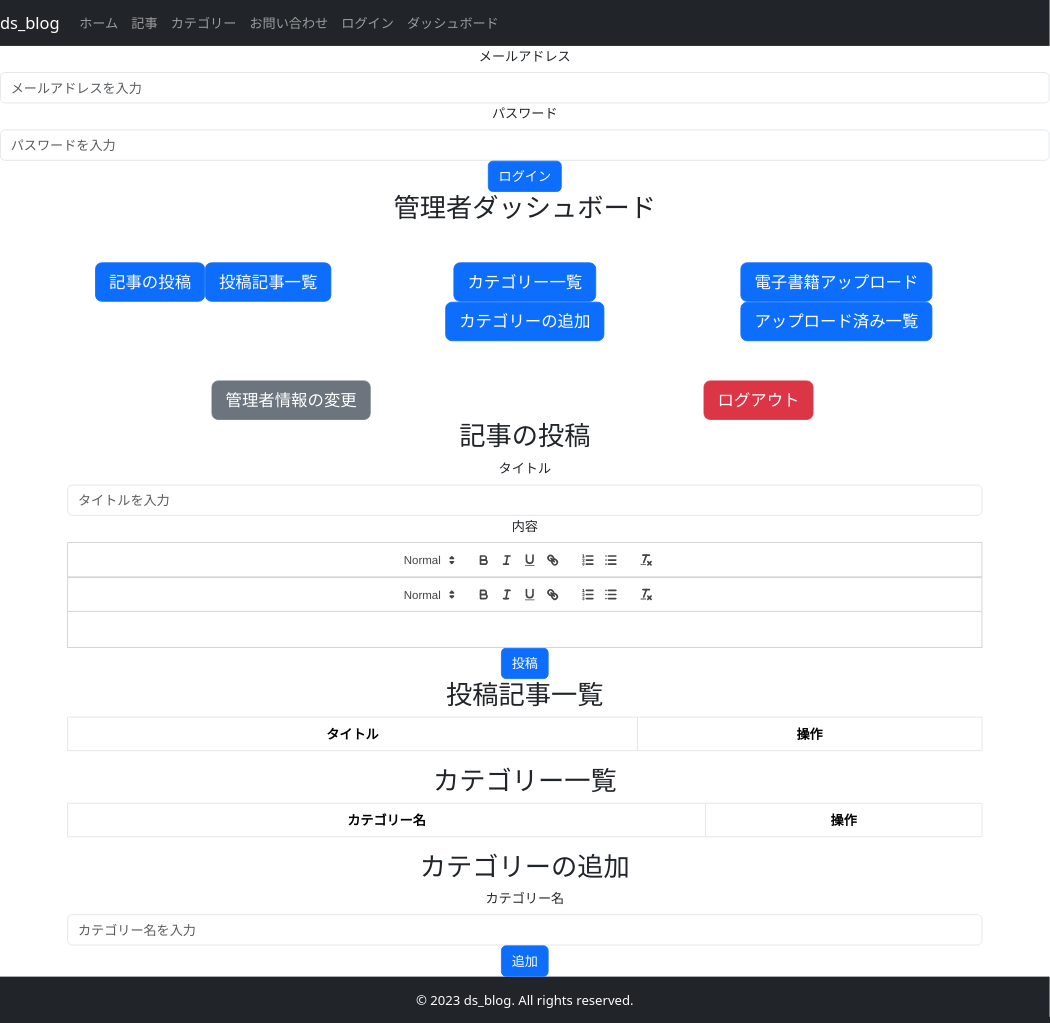
Repository: a-yama100/ds_blog
Page: /categories (app in frontend/)
An editor plug-in stored every save of this project. The page is shown before and after the next save, followed by the edit.
The browser window is 1280 px wide. The pictures show the whole page, at 82% of full size.
The page's requests for data from a server got no answer. The project was rebuilt for these pictures with package versions that can differ from the ones it lists, and the page was loaded fresh each time. No one was signed in, and anything a server would have sent is missing.

Above is the page before, as saved 2023-10-03 06:40:08.

### frontend/src/index.js
// E:\programming\Project\ds_blog\frontend\src\index.js

import React from 'react';
import ReactDOM from 'react-dom/client';
import './index.css';
import App from './App';
import reportWebVitals from './reportWebVitals';
import 'bootstrap/dist/css/bootstrap.min.css';

const root = ReactDOM.createRoot(document.getElementById('root'));
root.render(
  <React.StrictMode>
    <App />
  </React.StrictMode>
);

reportWebVitals();

### frontend/src/App.js
// E:\programming\Project\ds_blog\frontend\src\App.js

import './App.css';
import React from 'react';
import Header from './components/Header';
import Footer from './components/Footer';
import Login from './components/Login';
import Dashboard from './components/Dashboard';
import ArticleCreate from './components/ArticleCreate';
import ArticleList from './components/ArticleList';
import CategoryList from './components/CategoryList';
import AddCategory from './components/AddCategory';

function App() {
  return (
    <div className="App">
      <Header />
      <Login />
      <Dashboard />
      <ArticleCreate />
      <ArticleList />
      <CategoryList />
      <AddCategory />
      <Footer />
    </div>
  );
}

export default App;

### frontend/src/components/Header.js
// E:\programming\Project\ds_blog\frontend\src\components\Header.js

import React from 'react';
import { Navbar, Nav } from 'react-bootstrap';

const Header = () => {
    return (
        <Navbar bg="dark" variant="dark" expand="lg">
            <Navbar.Brand href="/">ds_blog</Navbar.Brand>
            <Navbar.Toggle aria-controls="basic-navbar-nav" />
            <Navbar.Collapse id="basic-navbar-nav">
                <Nav className="mr-auto">
                    <Nav.Link href="/">ホーム</Nav.Link>
                    <Nav.Link href="/articles">記事</Nav.Link>
                    <Nav.Link href="/categories">カテゴリー</Nav.Link>
                    <Nav.Link href="/contact">お問い合わせ</Nav.Link>
                </Nav>
                <Nav className="ml-auto">
                    <Nav.Link href="/login">ログイン</Nav.Link>
                    <Nav.Link href="/dashboard">ダッシュボード</Nav.Link>
                </Nav>
            </Navbar.Collapse>
        </Navbar>
    );
}

export default Header;

### frontend/src/components/Footer.js
// E:\programming\Project\ds_blog\frontend\src\components\Footer.js

import React from 'react';

const Footer = () => {
    return (
        <footer className="text-center py-3 bg-dark text-white">
            &copy; 2023 ds_blog. All rights reserved.
        </footer>
    );
}

export default Footer;

### frontend/src/components/Login.js
// E:\programming\Project\ds_blog\frontend\src\components\Login.js

import React, { useState } from 'react';
import { Form, Button } from 'react-bootstrap';

const Login = () => {
    const [email, setEmail] = useState('');
    const [password, setPassword] = useState('');

    const handleSubmit = async (e) => {
        e.preventDefault();
        try {
            const response = await fetch('/users/login', {
                method: 'POST',
                headers: {
                    'Content-Type': 'application/json'
                },
                body: JSON.stringify({ email, password })
            });
            const data = await response.json();

            if (response.status === 200) {
                console.log("ログイン成功:", data);
                // ここでセッションやトークンを保存する処理を追加
            } else {
                console.error("ログイン失敗:", data.error);
            }
        } catch (error) {
            console.error("エラー:", error);
        }
    }

    return (
        <div className="login-form">
            <Form onSubmit={handleSubmit}>
                <Form.Group controlId="formBasicEmail">
                    <Form.Label>メールアドレス</Form.Label>
                    <Form.Control type="email" placeholder="メールアドレスを入力" value={email} onChange={e => setEmail(e.target.value)} />
                </Form.Group>

                <Form.Group controlId="formBasicPassword">
                    <Form.Label>パスワード</Form.Label>
                    <Form.Control type="password" placeholder="パスワードを入力" value={password} onChange={e => setPassword(e.target.value)} />
                </Form.Group>

                <Button variant="primary" type="submit">
                    ログイン
                </Button>
            </Form>
        </div>
    );
}

export default Login;

### frontend/src/components/Dashboard.js
// E:\programming\Project\ds_blog\frontend\src\components\Dashboard.js

import React from 'react';
import { Button, Container, Row, Col } from 'react-bootstrap';

const Dashboard = () => {
    return (
        <Container>
            <h2>管理者ダッシュボード</h2>
            <Row className="mt-5">
                <Col md={4}>
                    <Button href="/create-article" variant="primary" size="lg" block>記事の投稿</Button>
                    <Button href="/articles" variant="primary" size="lg" block>投稿記事一覧</Button>
                </Col>
                <Col md={4}>
                    <Button href="/categories" variant="primary" size="lg" block>カテゴリー一覧</Button>
                    <Button href="/add-category" variant="primary" size="lg" block>カテゴリーの追加</Button>
                </Col>
                <Col md={4}>
                    <Button href="/upload-ebook" variant="primary" size="lg" block>電子書籍アップロード</Button>
                    <Button href="/ebooks" variant="primary" size="lg" block>アップロード済み一覧</Button>
                </Col>
            </Row>
            <Row className="mt-5">
                <Col md={6}>
                    <Button href="/edit-profile" variant="secondary" size="lg" block>管理者情報の変更</Button>
                </Col>
                <Col md={6}>
                    <Button href="/logout" variant="danger" size="lg" block>ログアウト</Button>
                </Col>
            </Row>
        </Container>
    );
}

export default Dashboard;

### frontend/src/components/ArticleCreate.js
// E:\programming\Project\ds_blog\frontend\src\components\ArticleCreate.js

import React, { useState } from 'react';
import RichTextEditor from './RichTextEditor';
import { Button, Form, Container } from 'react-bootstrap';

const ArticleCreate = () => {
    const [title, setTitle] = useState('');
    const [content, setContent] = useState('');

    const handleSubmit = async (e) => {
        e.preventDefault();
        try {
            const response = await fetch('/articles', {
                method: 'POST',
                headers: {
                    'Content-Type': 'application/json'
                },
                body: JSON.stringify({ title, content })
            });
            const data = await response.json();

            if (response.status === 200) {
                console.log("記事投稿成功:", data);
            } else {
                console.error("記事投稿失敗:", data.error);
            }
        } catch (error) {
            console.error("エラー:", error);
        }
    }

    return (
        <Container>
            <h2>記事の投稿</h2>
            <Form onSubmit={handleSubmit}>
                <Form.Group controlId="title">
                    <Form.Label>タイトル</Form.Label>
                    <Form.Control type="text" placeholder="タイトルを入力" value={title} onChange={e => setTitle(e.target.value)} />
                </Form.Group>

                <Form.Group controlId="content">
                    <Form.Label>内容</Form.Label>
                    <RichTextEditor content={content} setContent={setContent} />
                </Form.Group>

                <Button variant="primary" type="submit">
                    投稿
                </Button>
            </Form>
        </Container>
    );
}

export default ArticleCreate;

### frontend/src/components/ArticleList.js
// E:\programming\Project\ds_blog\frontend\src\components\ArticleList.js

import React, { useState, useEffect } from 'react';
import { Table, Container } from 'react-bootstrap';

const ArticleList = () => {
    const [articles, setArticles] = useState([]);

    useEffect(() => {
        const fetchArticles = async () => {
            try {
                const response = await fetch('/articles');
                const data = await response.json();
                setArticles(data);
            } catch (error) {
                console.error("エラー:", error);
            }
        }
        fetchArticles();
    }, []);

    return (
        <Container>
            <h2>投稿記事一覧</h2>
            <Table striped bordered hover>
                <thead>
                    <tr>
                        <th>タイトル</th>
                        <th>操作</th>
                    </tr>
                </thead>
                <tbody>
                    {articles.map(article => (
                        <tr key={article.id}>
                            <td>{article.title}</td>
                            <td>
                                <a href={`/articles/${article.id}/edit`}>編集</a> |
                                <a href={`/articles/${article.id}/delete`}>削除</a>
                            </td>
                        </tr>
                    ))}
                </tbody>
            </Table>
        </Container>
    );
}

export default ArticleList;

### frontend/src/components/CategoryList.js
// E:\programming\Project\ds_blog\frontend\src\components\CategoryList.js

import React, { useState, useEffect } from 'react';
import { Table, Container } from 'react-bootstrap';

const CategoryList = () => {
    const [categories, setCategories] = useState([]);

    useEffect(() => {
        const fetchCategories = async () => {
            try {
                const response = await fetch('/categories');
                const data = await response.json();
                setCategories(data);
            } catch (error) {
                console.error("エラー:", error);
            }
        }
        fetchCategories();
    }, []);

    return (
        <Container>
            <h2>カテゴリー一覧</h2>
            <Table striped bordered hover>
                <thead>
                    <tr>
                        <th>カテゴリー名</th>
                        <th>操作</th>
                    </tr>
                </thead>
                <tbody>
                    {categories.map(category => (
                        <tr key={category.id}>
                            <td>{category.name}</td>
                            <td>
                                <a href={`/categories/${category.id}/edit`}>編集</a> |
                                <a href={`/categories/${category.id}/delete`}>削除</a>
                            </td>
                        </tr>
                    ))}
                </tbody>
            </Table>
        </Container>
    );
}

export default CategoryList;

### frontend/src/components/AddCategory.js
// E:\programming\Project\ds_blog\frontend\src\components\AddCategory.js

import React, { useState } from 'react';
import { Button, Form, Container } from 'react-bootstrap';

const AddCategory = () => {
    const [name, setName] = useState('');

    const handleSubmit = async (e) => {
        e.preventDefault();
        try {
            const response = await fetch('/categories', {
                method: 'POST',
                headers: {
                    'Content-Type': 'application/json'
                },
                body: JSON.stringify({ name })
            });
            const data = await response.json();

            if (response.status === 200) {
                console.log("カテゴリー追加成功:", data);
            } else {
                console.error("カテゴリー追加失敗:", data.error);
            }
        } catch (error) {
            console.error("エラー:", error);
        }
    }

    return (
        <Container>
            <h2>カテゴリーの追加</h2>
            <Form onSubmit={handleSubmit}>
                <Form.Group controlId="name">
                    <Form.Label>カテゴリー名</Form.Label>
                    <Form.Control type="text" placeholder="カテゴリー名を入力" value={name} onChange={e => setName(e.target.value)} />
                </Form.Group>

                <Button variant="primary" type="submit">
                    追加
                </Button>
            </Form>
        </Container>
    );
}

export default AddCategory;

### frontend/src/components/RichTextEditor.js
// E:\programming\Project\ds_blog\frontend\src\components\RichTextEditor.js

import React, { useRef, useEffect } from 'react';
import Quill from 'quill';
import 'quill/dist/quill.snow.css';  // for snow theme

const RichTextEditor = ({ content, setContent }) => {
    const editorRef = useRef(null);
    const quillInstance = useRef(null);  // useRefを使用してquillInstanceを定義

    useEffect(() => {
        quillInstance.current = new Quill(editorRef.current, {
            theme: 'snow'
        });

        quillInstance.current.on('text-change', () => {
            setContent(quillInstance.current.root.innerHTML);
        });
    }, [setContent]);

    return (
        <div ref={editorRef}></div>
    );
};

export default RichTextEditor;

Loaded but not shown: frontend/public/index.html (common file); frontend/src/index.css (common file); frontend/src/reportWebVitals.js (common file); frontend/src/App.css (common file)

After the next save:
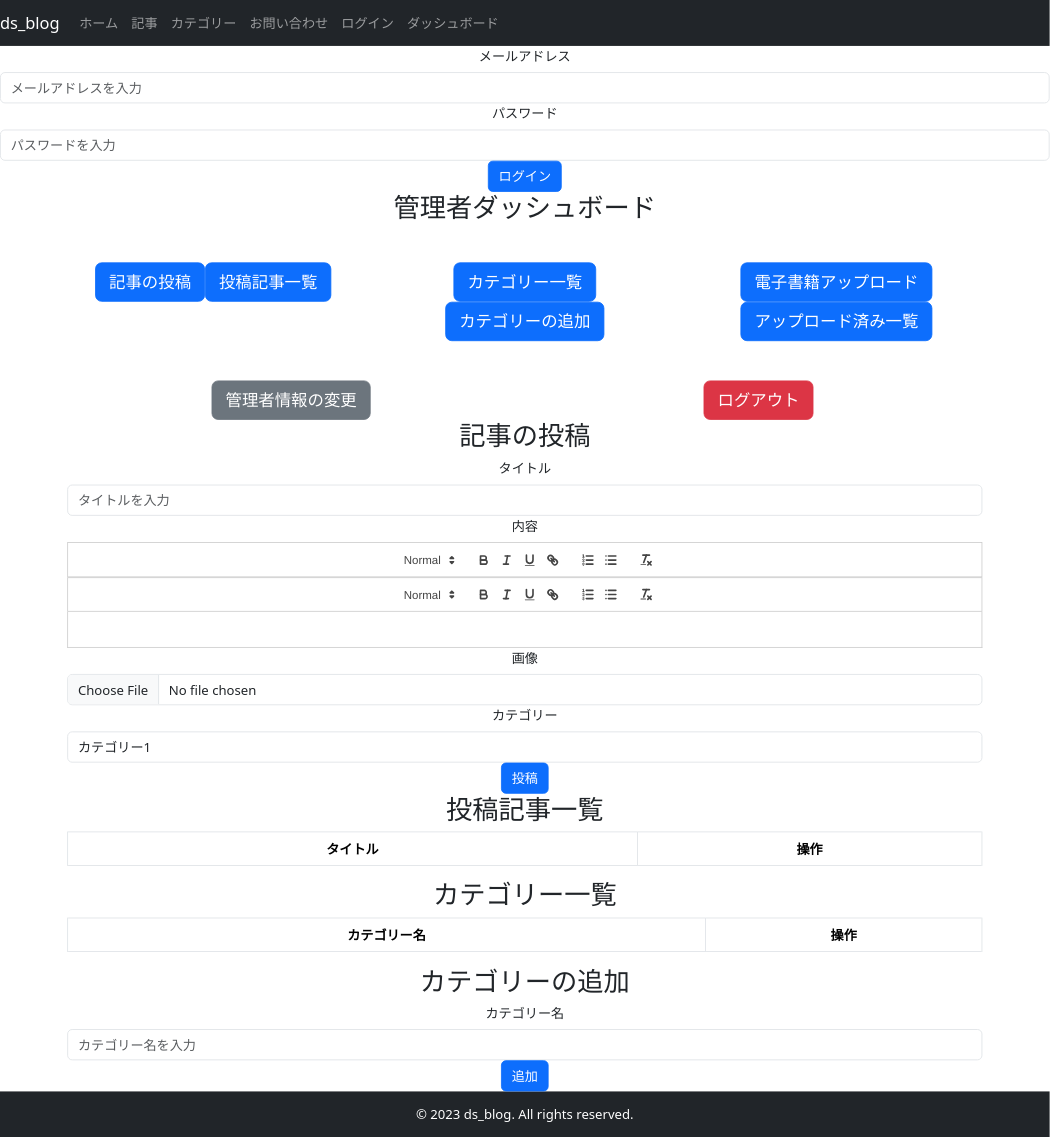
Saved 4 min 12 s later.
--- a/frontend/src/components/ArticleCreate.js
+++ b/frontend/src/components/ArticleCreate.js
@@ -7,16 +7,21 @@
 const ArticleCreate = () => {
     const [title, setTitle] = useState('');
     const [content, setContent] = useState('');
+    const [image, setImage] = useState(null);
+    const [categoryId, setCategoryId] = useState('');
 
     const handleSubmit = async (e) => {
         e.preventDefault();
+        const formData = new FormData();
+        formData.append('title', title);
+        formData.append('content', content);
+        if (image) formData.append('image', image);
+        formData.append('categoryId', categoryId);
+
         try {
             const response = await fetch('/articles', {
                 method: 'POST',
-                headers: {
-                    'Content-Type': 'application/json'
-                },
-                body: JSON.stringify({ title, content })
+                body: formData
             });
             const data = await response.json();
 
@@ -44,6 +49,21 @@
                     <RichTextEditor content={content} setContent={setContent} />
                 </Form.Group>
 
+                <Form.Group>
+                    <Form.Label>画像</Form.Label>
+                    <Form.Control type="file" onChange={e => setImage(e.target.files[0])} />
+                </Form.Group>
+
+                <Form.Group controlId="categoryId">
+                    <Form.Label>カテゴリー</Form.Label>
+                    <Form.Control as="select" value={categoryId} onChange={e => setCategoryId(e.target.value)}>
+                        {/* カテゴリーのデータはAPIから取得する必要があります */}
+                        <option value="1">カテゴリー1</option>
+                        <option value="2">カテゴリー2</option>
+                        {/* ... */}
+                    </Form.Control>
+                </Form.Group>
+
                 <Button variant="primary" type="submit">
                     投稿
                 </Button>
